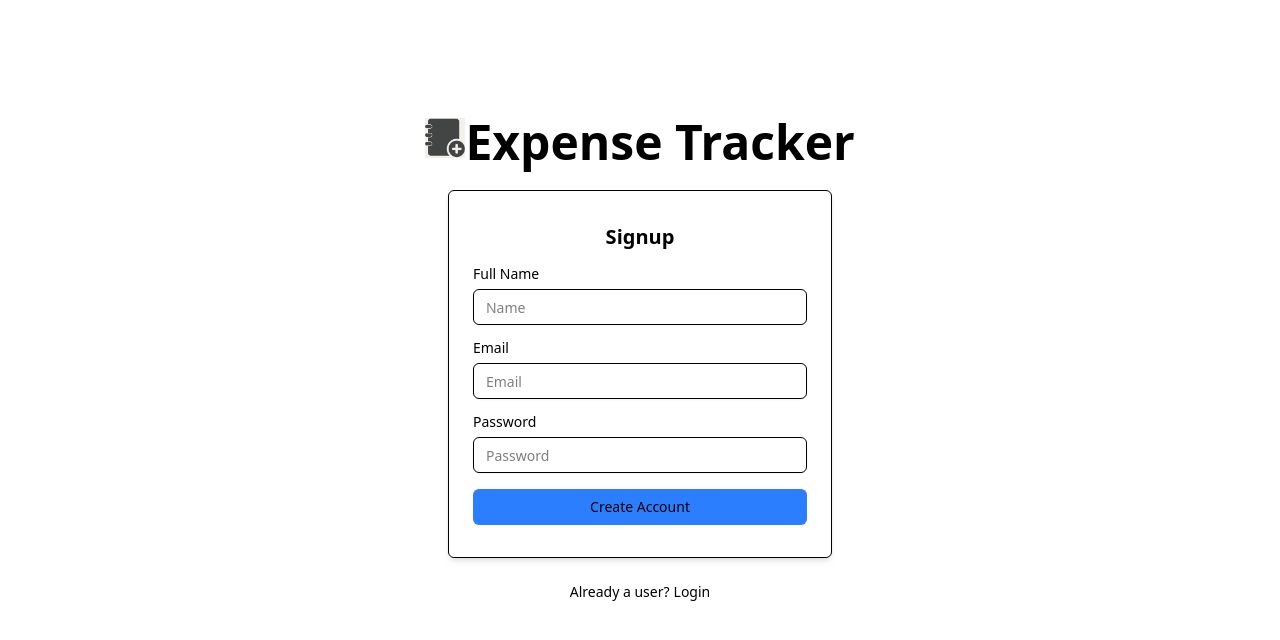
Repository: Syed-Mohsin-Ali786/frontend-expense-tracker
Page: /signup
The author's editor kept a copy of each file at every save. The page is drawn from the files as they stood at one save, then again after the next save.
The browser window is 1280 px wide. The pictures show the whole page.
The project was rebuilt for these pictures with package versions that can differ from the ones it lists, and the page was loaded fresh each time. Also part of the build but not shown: src/components/ui/dialog.tsx, src/components/AddExpenseDialog.tsx, src/pages/MainPage.tsx.

Above is the page before, as saved 2025-09-30 11:02:30.

After the next save:
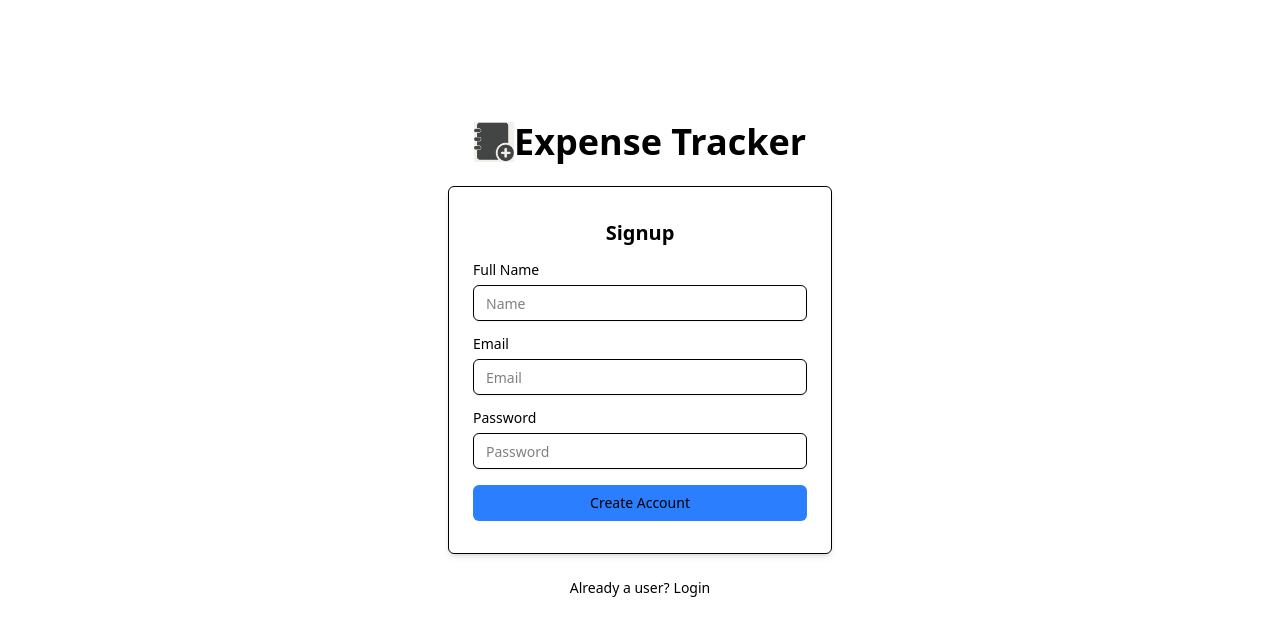
Saved 26 s later.
--- a/src/pages/SignUp.tsx
+++ b/src/pages/SignUp.tsx
@@ -41,7 +41,7 @@ const SignUp = ({
               title={logo.title}
               className="h-10 dark:invert"
             />
-            <h1 className="text-2xl font-semibold sm:text-3xl md:text-4xl lg:text-5xl">{logo.title}</h1>
+            <h1 className="text-2xl font-semibold sm:text-3xl md:text-4xl ">{logo.title}</h1>
           </Link>
           <div className="min-w-sm border-muted bg-background flex w-full max-w-sm flex-col items-center gap-y-4 rounded-md border px-6 py-8 shadow-md">
             {heading && <h1 className="text-xl font-semibold">{heading}</h1>}
